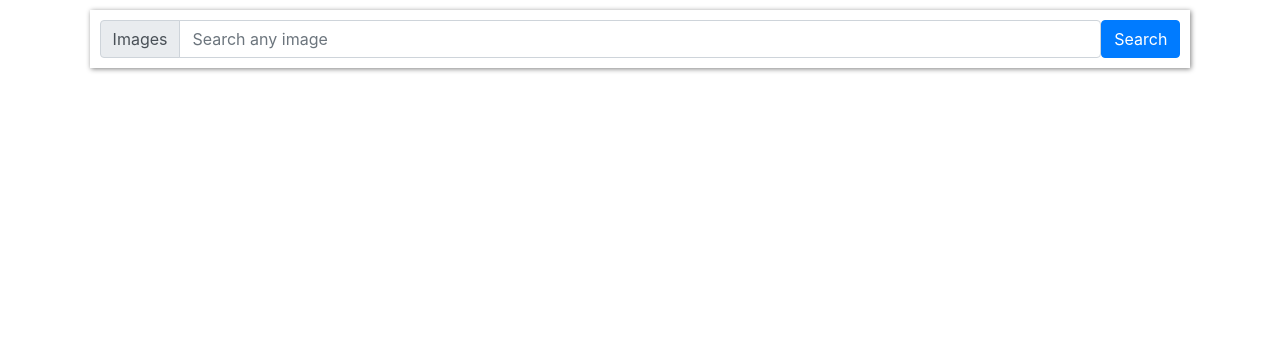
Repository: the-manohar/gallery
Page: /
These files come from the project's save history. The page is drawn as it stood at one moment and after the next save; the edit follows.
The browser window is 1280 px wide. The pictures show the whole page.
The project was rebuilt for these pictures with package versions that can differ from the ones it lists, and the page was loaded fresh each time.

Above is the page before, as saved 2020-06-18 23:07:13.

### src/index.js
import React from "react";
import ReactDOM from "react-dom";
import "./index.css";
import "bootstrap/dist/css/bootstrap.css";
import App from "./App";
import * as serviceWorker from "./serviceWorker";

ReactDOM.render(
  <React.StrictMode>
    <App />
  </React.StrictMode>,
  document.getElementById("root")
);

// If you want your app to work offline and load faster, you can change
// unregister() to register() below. Note this comes with some pitfalls.
// Learn more about service workers: https://bit.ly/CRA-PWA
serviceWorker.unregister();

### src/App.js
import React, { useState } from "react";
import {
  Button,
  InputGroup,
  InputGroupText,
  InputGroupAddon,
  Input,
} from "reactstrap";

import "./App.css";

function App() {
  const [value, setValue] = useState("");
  const [result, setResult] = useState([]);
  const fetchImages = () => {
    fetch(
      `https://api.unsplash.com/search/photos/?client_id=V38aA4zOjg1Xb1lBpNRUAK8duXvqwhDHHJbssXB_Pps&query=${value}&orientation=squarish`
    )
      .then((res) => res.json())
      .then((data) => {
        setResult(data.results);
      });
  };
  return (
    <div className="App">
      <div className="mydiv">
        {/* <span>Search</span> */}
        <InputGroup>
          <InputGroupAddon addonType="prepend">
            <InputGroupText>Images</InputGroupText>
          </InputGroupAddon>
          <Input
            placeholder="Search any image"
            value={value}
            onChange={(event) => setValue(event.target.value)}
          />
        </InputGroup>
        {/* <input
          style={{ width: "60%" }}
          type="text"
          value={value}
          onChange={(event) => setValue(event.target.value)}
        /> */}
        {/* <button onClick={() => fetchImages()}>Search</button> */}
        <Button color="primary" onClick={() => fetchImages()}>
          Search
        </Button>
      </div>

      <div className="gallery">
        {result.map((item) => {
          return (
            <img
              className="item"
              key={item.id}
              src={item.urls.regular}
              alt={item.urls.regular}
            />
          );
        })}
      </div>
    </div>
  );
}

export default App;

// V38aA4zOjg1Xb1lBpNRUAK8duXvqwhDHHJbssXB_Pps

### src/App.css
.App {
  text-align: center;
}
.mydiv {
  display: flex;
  justify-content: space-around;
  margin: 10px 7%;
  box-shadow: 1px 1px 5px grey;
  padding: 10px;
}

.gallery {
  display: flex;
  flex-wrap: wrap;
  justify-content: space-around;
}
.item {
  width: 30%;
  margin: 5px;
}

Loaded but not shown: public/index.html (common file); src/index.css (common file); src/serviceWorker.js (common file)

After the next save:
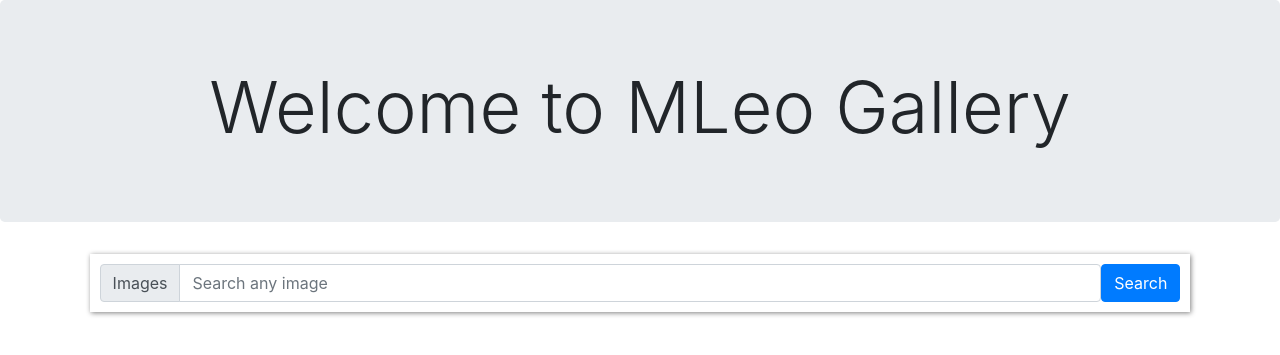
Saved 99 s later.
--- a/src/App.js
+++ b/src/App.js
@@ -5,6 +5,7 @@ import {
   InputGroupText,
   InputGroupAddon,
   Input,
+  Jumbotron,
 } from "reactstrap";
 
 import "./App.css";
@@ -23,6 +24,9 @@ function App() {
   };
   return (
     <div className="App">
+      <Jumbotron>
+        <h1 className="display-3">Welcome to MLeo Gallery</h1>
+      </Jumbotron>
       <div className="mydiv">
         {/* <span>Search</span> */}
         <InputGroup>
